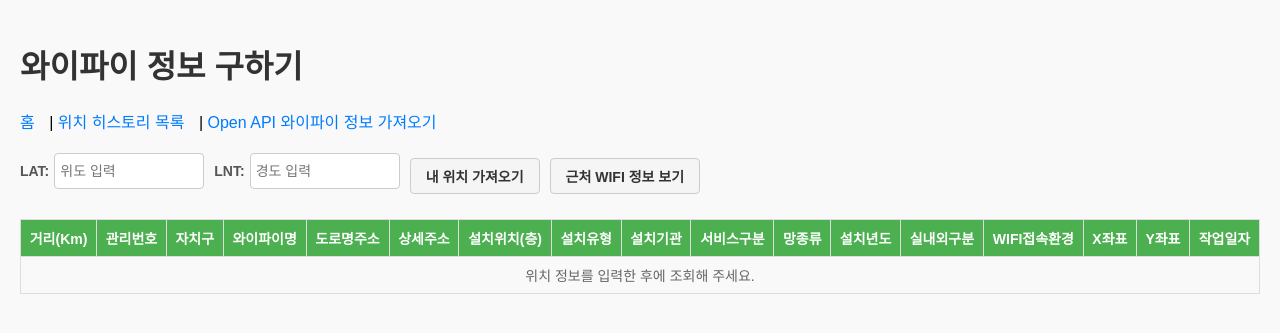
Repository: sangpyolee0/zerobase_task
Page: http://localhost/WifiProject/
An editor plug-in stored every save of this project. The page is shown before and after the next save, followed by the edit.
The browser window is 1280 px wide. The pictures show the whole page.
The page is served by Tomcat 9.

Above is the page before, as saved 2024-12-08 17:31:39.

After the next save:
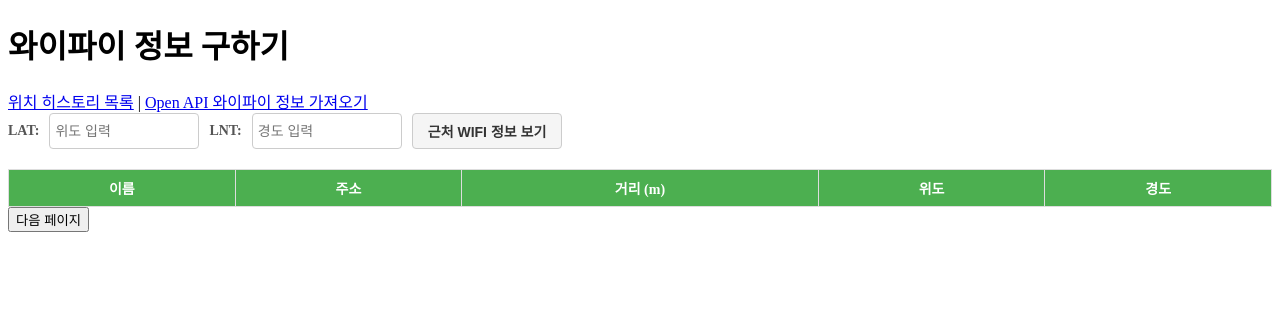
Saved 5 min 41 s later.
--- a/WifiProject/src/main/webapp/index.jsp
+++ b/WifiProject/src/main/webapp/index.jsp
@@ -3,53 +3,97 @@
 <html>
 <head>
     <title>와이파이 정보 구하기</title>
-    <link rel="stylesheet" type="text/css" href="css/style.css">
     <link rel="stylesheet" type="text/css" href="css/index.css">
+    <script>
+        let currentPage = 1; // 현재 페이지 번호
+
+        // AJAX 요청 함수
+        function fetchWifiData(lat, lnt, page) {
+            fetch(`nearby-wifi.jsp?lat=${lat}&lnt=${lnt}&page=${page}`)
+                .then(response => response.json())
+                .then(data => {
+                    if (data.length > 0) {
+                        renderTable(data);
+                    } else {
+                        alert("더 이상 데이터가 없습니다.");
+                    }
+                })
+                .catch(error => console.error("Error:", error));
+        }
+
+        // 테이블 렌더링 함수
+        function renderTable(data) {
+            const tableBody = document.getElementById("wifi-table-body");
+            if (currentPage === 1) tableBody.innerHTML = ""; // 첫 페이지면 기존 데이터 삭제
+
+            data.forEach(row => {
+                const tr = document.createElement("tr");
+                tr.innerHTML = `
+                    <td>${row.name}</td>
+                    <td>${row.address}</td>
+                    <td>${row.distance}</td>
+                    <td>${row.lat}</td>
+                    <td>${row.lnt}</td>
+                `;
+                tableBody.appendChild(tr);
+            });
+        }
+
+        // 근처 WIFI 정보 보기 버튼 클릭 이벤트
+        function showWifiData() {
+            const lat = document.getElementById("lat").value;
+            const lnt = document.getElementById("lnt").value;
+
+            if (!lat || !lnt) {
+                alert("위도와 경도를 입력해주세요!");
+                return;
+            }
+
+            currentPage = 1; // 페이지 초기화
+            fetchWifiData(lat, lnt, currentPage);
+        }
+
+        // 다음 페이지 버튼 클릭 이벤트
+        function loadNextPage() {
+            const lat = document.getElementById("lat").value;
+            const lnt = document.getElementById("lnt").value;
+
+            currentPage++;
+            fetchWifiData(lat, lnt, currentPage);
+        }
+    </script>
 </head>
 <body>
     <div class="container">
         <h1>와이파이 정보 구하기</h1>
         <nav>
-              <a href="index.jsp">홈</a>
-            <span>|</span>
-            <a href="history.jsp">위치 히스토리 목록</a>
-            <span>|</span>
+            <a href="history.jsp">위치 히스토리 목록</a> |
             <a href="add-wifi.jsp">Open API 와이파이 정보 가져오기</a>
         </nav>
-        <form action="nearby-wifi.jsp" method="get">
-            <label>LAT: <input type="text" name="lat" placeholder="위도 입력"></label>
-            <label>LNT: <input type="text" name="lnt" placeholder="경도 입력"></label>
-            <button type="button">내 위치 가져오기</button>
-            <button type="submit">근처 WIFI 정보 보기</button>
+        <form onsubmit="event.preventDefault(); showWifiData();">
+            <label for="lat">LAT:</label>
+            <input type="text" id="lat" name="lat" placeholder="위도 입력">
+            <label for="lnt">LNT:</label>
+            <input type="text" id="lnt" name="lnt" placeholder="경도 입력">
+            <button type="button" onclick="showWifiData()">근처 WIFI 정보 보기</button>
         </form>
-        <table>
-            <thead>
-                <tr>
-                    <th>거리(Km)</th>
-                    <th>관리번호</th>
-                    <th>자치구</th>
-                    <th>와이파이명</th>
-                    <th>도로명주소</th>
-                    <th>상세주소</th>
-                    <th>설치위치(층)</th>
-                    <th>설치유형</th>
-                    <th>설치기관</th>
-                    <th>서비스구분</th>
-                    <th>망종류</th>
-                    <th>설치년도</th>
-                    <th>실내외구분</th>
-                    <th>WIFI접속환경</th>
-                    <th>X좌표</th>
-                    <th>Y좌표</th>
-                    <th>작업일자</th>
-                </tr>
-            </thead>
-            <tbody>
-                <tr>
-                    <td colspan="17" class="message">위치 정보를 입력한 후에 조회해 주세요.</td>
-                </tr>
-            </tbody>
-        </table>
+        <div class="table-container">
+            <table>
+                <thead>
+                    <tr>
+                        <th>이름</th>
+                        <th>주소</th>
+                        <th>거리 (m)</th>
+                        <th>위도</th>
+                        <th>경도</th>
+                    </tr>
+                </thead>
+                <tbody id="wifi-table-body">
+                    <!-- 동적으로 추가될 데이터 -->
+                </tbody>
+            </table>
+            <button type="button" onclick="loadNextPage()">다음 페이지</button>
+        </div>
     </div>
 </body>
 </html>
